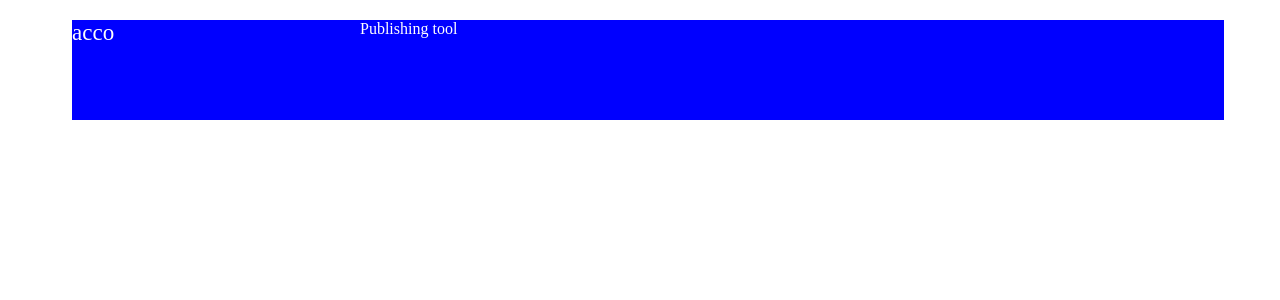
Repository: wimkinnet/Acco_Publish
Page: index.html
The author's editor kept a record of every edit. The page is drawn from the files as they stood at one moment, then again after the next edit.
The browser window is 1280 px wide. The pictures show the whole page.

Above is the page before.

### index.html
<!DOCTYPE html>
<html>
  <head>
    <title>Publish Tool - Main page</title>
    <meta charset = "utf-8">
    <style>
      .page-header {
        width: 90vw;
        margin: 20px 5vw 20px 5vw;
        background: blue;
        height: 100px;
        ;
      }
      .page-header-element {
        float: left;
        color: white;
        width: 25%;
      }
      .page-header-element a {
        text-decoration: none;
        color: white;
        font-size: 23px;
      }
    </style>
  </head>
  <body>
    <div class="page-header">
      <div class="page-header-element">
        <a href="http://www.acco.be" target="_blank" >acco</a>
      </div>
      <div class="page-header-element">
        Publishing tool
      </div>
    </div>
  </body>
</html>

After the next edit:
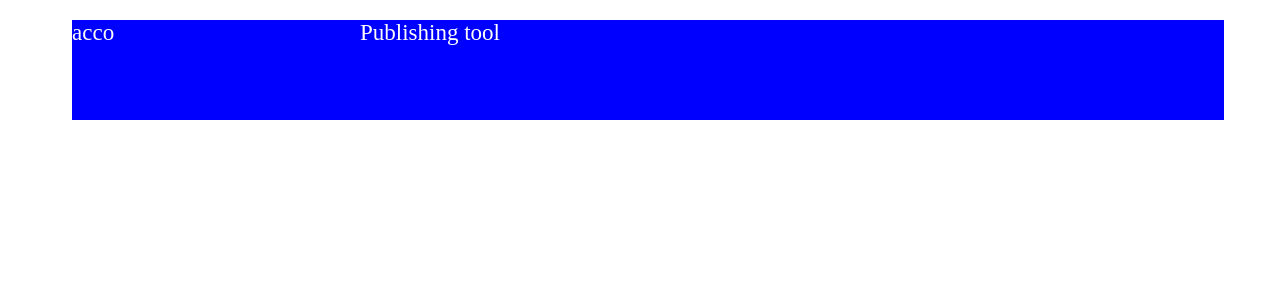
The edit:
--- a/index.html
+++ b/index.html
@@ -15,6 +15,7 @@
         float: left;
         color: white;
         width: 25%;
+        font-size: 23px;
       }
       .page-header-element a {
         text-decoration: none;
